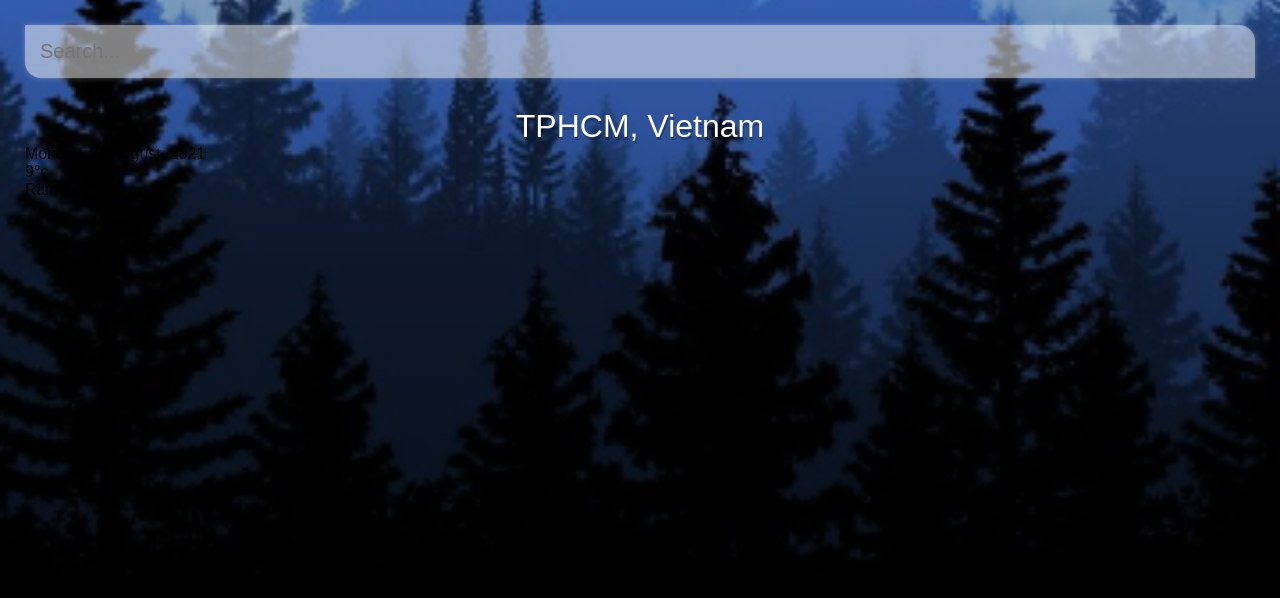
Repository: kate30980/weather-vuejs
Page: /
The author's editor kept a copy of each file at every save. The page is drawn from the files as they stood at one save, then again after the next save.
The browser window is 1280 px wide. The pictures show the whole page.
The project was rebuilt for these pictures with package versions that can differ from the ones it lists, and the page was loaded fresh each time.

Above is the page before, as saved 2021-08-23 10:38:01.

After the next save:
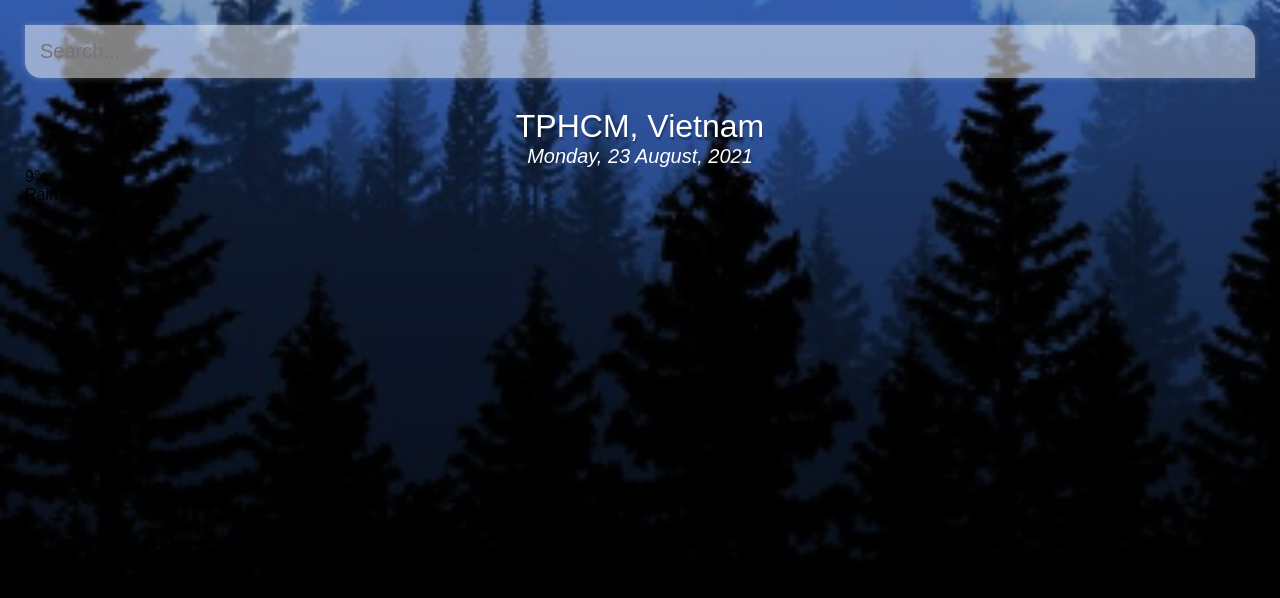
Saved 77 s later.
--- a/src/App.vue
+++ b/src/App.vue
@@ -84,4 +84,11 @@ main{
   text-align: center;
   text-shadow: 1px 3px rgba(0,0,0,0.25);
 }
+.location-box .date{
+  color: #fff;
+  font-size: 20px;
+  font-weight: 300;
+  font-style: italic;
+  text-align: center;
+}
 </style>
